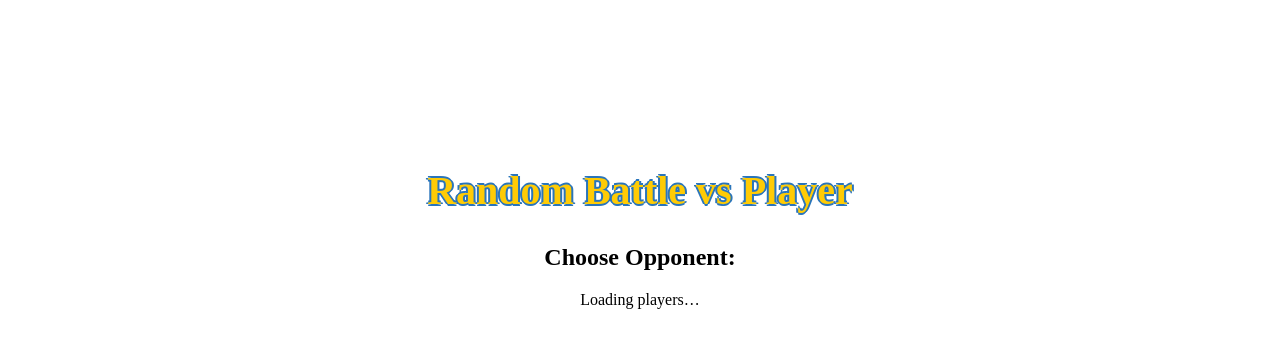
Repository: elavcoh/nodedemos
Page: Client/arena/random-vs-player.html
These files come from the project's save history. The page is drawn as it stood at one moment and after the next save; the edit follows.
The browser window is 1280 px wide. The pictures show the whole page.

Above is the page before, as saved 2025-07-30 14:40:52.
Console error: TypeError: Cannot set properties of null (setting 'onclick')
Not found: random-vs-player.css

After the next save:
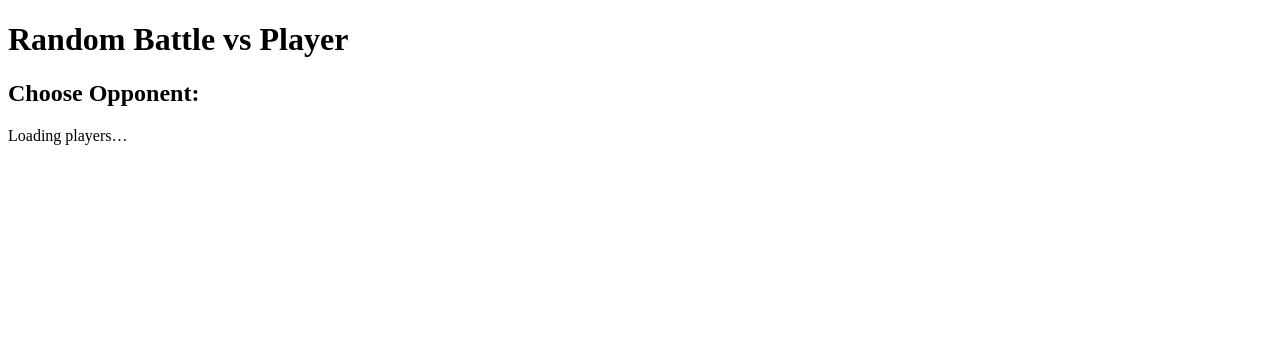
Saved 4 min 25 s later.
--- a/Client/arena/random-vs-player.html
+++ b/Client/arena/random-vs-player.html
@@ -3,21 +3,19 @@
 <head>
   <meta charset="UTF-8"/>
   <title>Random vs Player</title>
-  <link rel="stylesheet" href="/arena.css"/>
+  <!-- שים לב שהנתיבים עכשיו תחת /arena -->
+  <link rel="stylesheet" href="/arena/random-vs-player.css"/>
   <link rel="stylesheet" href="/battle.css"/>
-  <link rel="stylesheet" href="/random-vs-player.css"/>
 </head>
 <body>
   <div class="arena-container">
     <h1 class="arena-title">Random Battle vs Player</h1>
 
-    <!-- בחירת שחקן -->
     <div id="players-section">
       <h2>Choose Opponent:</h2>
       <div id="players-list" class="players-list">Loading players…</div>
     </div>
 
-    <!-- הקרב -->
     <div id="battle-section" class="battle-container" style="display:none;">
       <div id="timer"></div>
       <div id="battle-field"></div>
@@ -25,7 +23,7 @@
     </div>
   </div>
 
-  <!-- שים לב: בלי רווח בשם -->
-  <script src="/random-vs-player.js"></script>
+  <!-- הנתיב של ה־JS תוקן -->
+  <script src="/arena/random-vs-player.js"></script>
 </body>
 </html>
